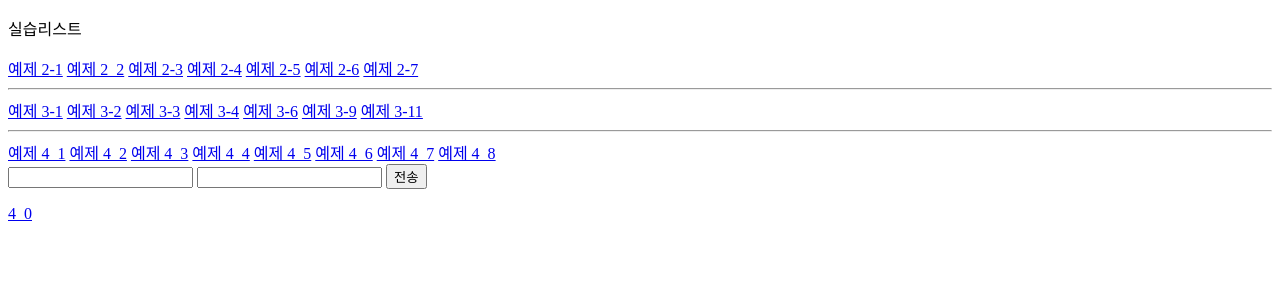
Repository: H-hyeonje/jsp
Page: http://localhost/jsbook/
The author's editor kept a copy of each file at every save. The page is drawn from the files as they stood at one save, then again after the next save.
The browser window is 1280 px wide. The pictures show the whole page.
The page is served by Tomcat 10. Other server files are loaded and not shown.

Above is the page before, as saved 2024-10-10 07:33:37.

### jsbook/src/main/webapp/index.jsp
<%@ page language="java" contentType="text/html; charset=UTF-8"
    pageEncoding="UTF-8"%>
<!DOCTYPE html>
<html>
<head>
<meta charset="UTF-8">
<title>Insert title here</title>
</head>
<body>
<p>실습리스트</p>
<a href="2_1">예제 2-1</a>
<a href="2_2">예제 2_2</a>
<a href="2_3">예제 2-3</a>
<a href="2_4">예제 2-4</a>
<a href="2_5">예제 2-5</a>
<a href="2_6">예제 2-6</a>
<a href="2_7">예제 2-7</a>
<hr></hr>
<a href="3_1">예제 3-1</a>
<a href="3_2">예제 3-2</a>
<a href="3_3">예제 3-3</a>
<a href="3_4">예제 3-4</a>
<a href="3_6">예제 3-6</a>
<a href="3_9">예제 3-9</a>
<a href="3_11">예제 3-11</a>
<hr></hr>
<a href="4_1">예제 4_1</a>
<a href="4_2">예제 4_2</a>
<a href="4_3">예제 4_3</a>
<a href="4_4">예제 4_4</a>
<a href="4_5">예제 4_5</a>
<a href="4_6">예제 4_6</a>
<a href="4_7">예제 4_7</a>
<a href="4_8">예제 4_8</a>
<form action="4_0" method="get">
	<input type="text" name="id"/>
	<input type="text" name="name"/>
	<input type="submit" value="전송"></input>
	<% %>
	<p><a href="4_0?id=abc&name=ddd">4_0</a>
</form>
</body>
</html>

After the next save:
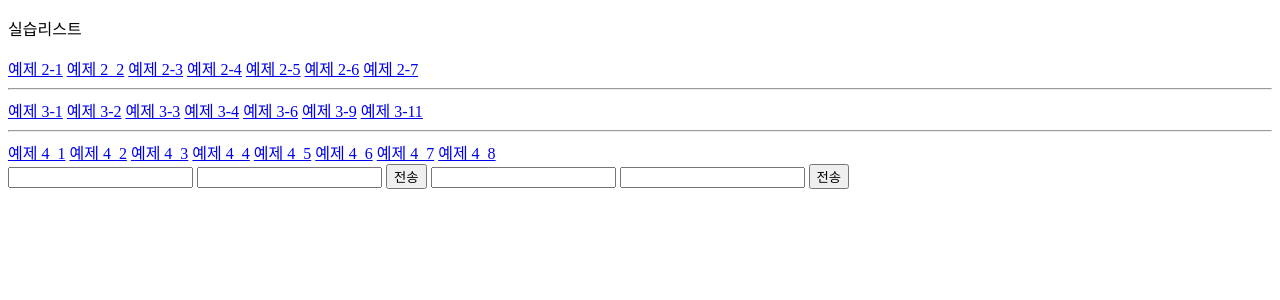
Saved 4 min 15 s later.
--- a/jsbook/src/main/webapp/index.jsp
+++ b/jsbook/src/main/webapp/index.jsp
@@ -36,8 +36,11 @@
 	<input type="text" name="id"/>
 	<input type="text" name="name"/>
 	<input type="submit" value="전송"></input>
-	<% %>
-	<p><a href="4_0?id=abc&name=ddd">4_0</a>
+<form action="4_9" method="get">
+	<input type="text" name="id"/>
+	<input type="text" name="name"/>
+	<input type="submit" value="전송"></input>
+
 </form>
 </body>
 </html>
